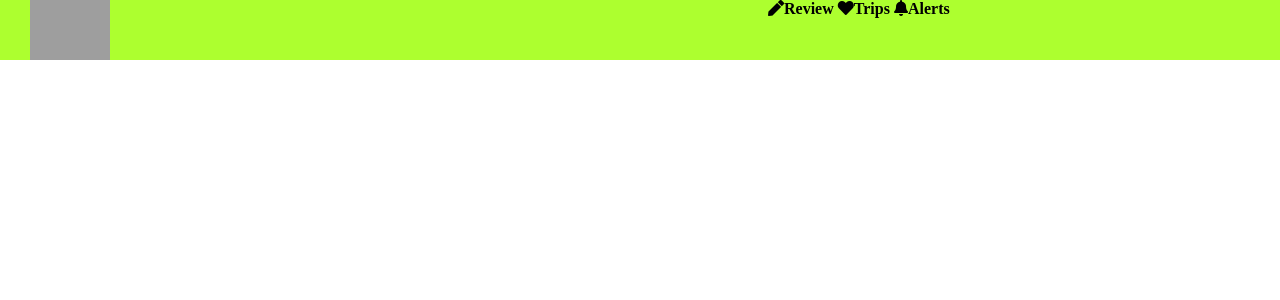
Repository: devix2107/thanhvia8.github.io
Page: Web-tripadvisor/index.html
These files come from the project's save history. The page is drawn as it stood at one moment and after the next save; the edit follows.
The browser window is 1280 px wide. The pictures show the whole page.
Pictures or frames that could not be fetched are drawn as grey boxes.

Above is the page before, as saved 2021-11-28 10:12:17.

After the next save:
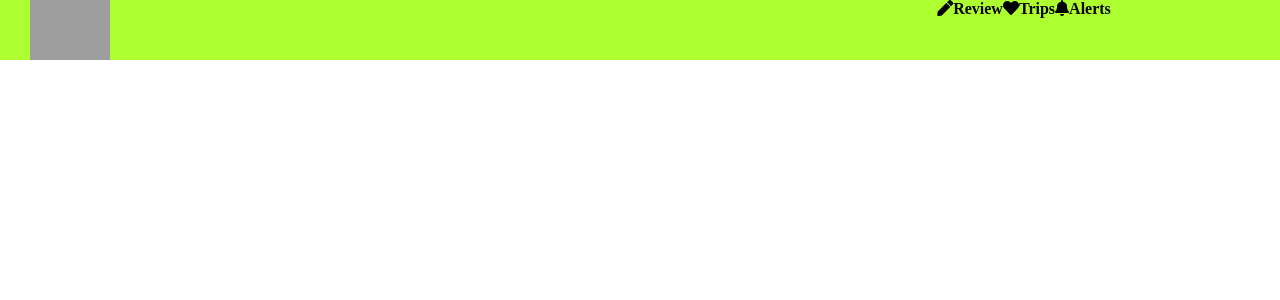
Saved 31 s later.
--- a/Web-tripadvisor/assets/css/main.css
+++ b/Web-tripadvisor/assets/css/main.css
@@ -36,7 +36,10 @@
 
 .header-icon {
   /* height: 60px; */
+  display: flex;
+  justify-content: center;
   align-items: center;
+  line-height: 60px;
 }
 
 .header-icon i {
